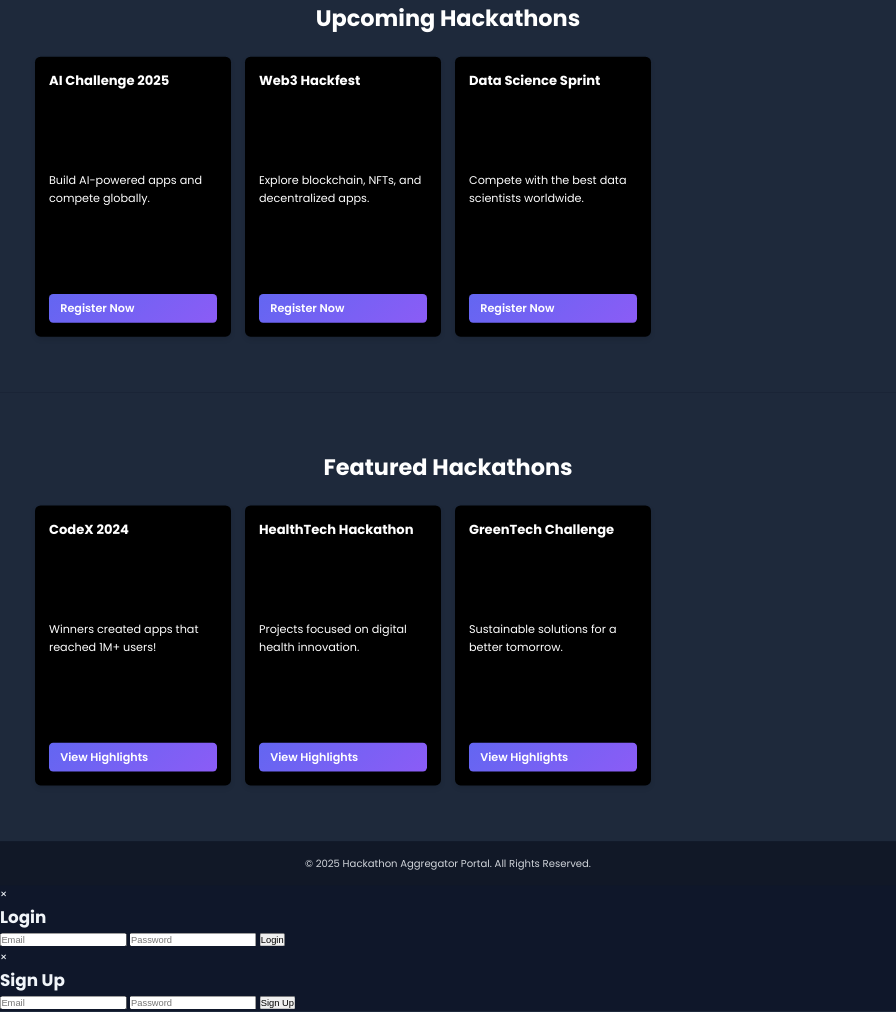
Repository: masihuddin-tech/Hackathon-Project
Page: index.html
The author's editor kept a copy of each file at every save. The page is drawn from the files as they stood at one save, then again after the next save.
The browser window is 1280 px wide. The pictures show the part of the page from y = 800 to 2720 px (the page is 2245 px tall before and 6445 px after), at 70% of full size.
Backgrounds fixed to the window are drawn as part of the page.

Above is the page before, as saved 2025-09-04 10:43:33.
Not found: app.js

After the next save:
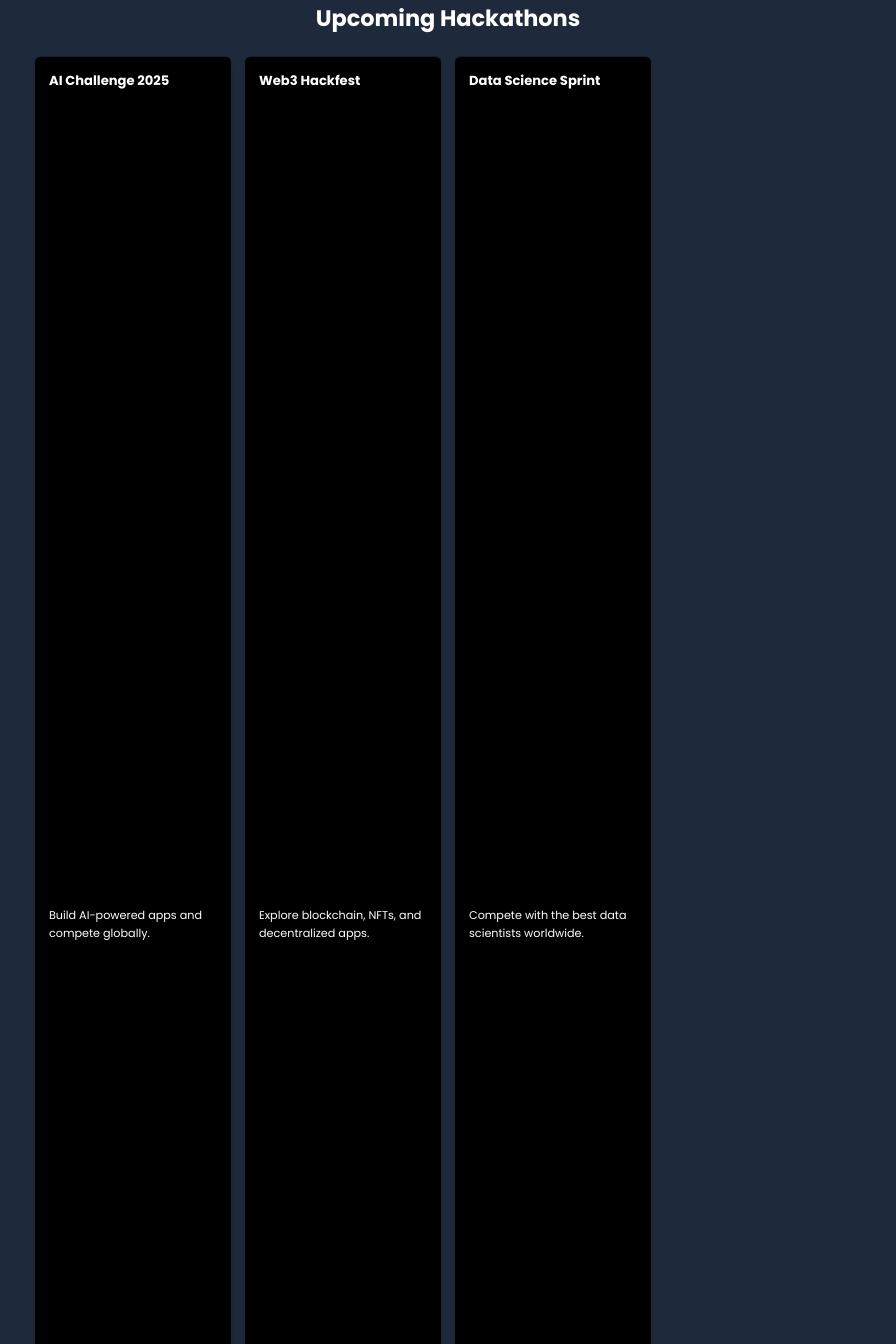
Saved 10 s later.
--- a/style.css
+++ b/style.css
@@ -195,7 +195,7 @@ body {
   padding: 20px;
   box-shadow: 0 4px 8px rgba(0,0,0,0.1);
   transition: transform 0.3s, box-shadow 0.3s;
-  min-height: 400px;  /* 🔥 Add this to increase card length */
+  min-height: 2500px;  /* 🔥 Add this to increase card length */
   display: flex;
   flex-direction: column;
   justify-content: space-between; /* keeps button at bottom */
